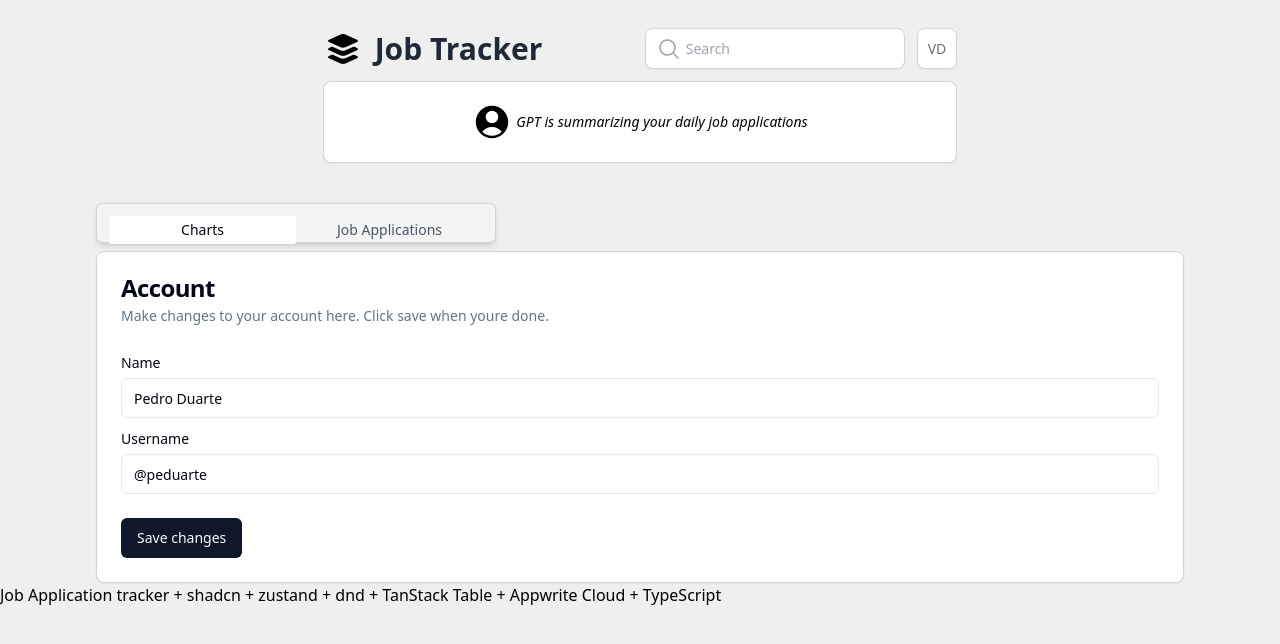
Repository: Vasil1001/job-applications-tracker-nextjs
Page: /
An editor plug-in stored every save of this project. The page is shown before and after the next save, followed by the edit.
The browser window is 1280 px wide. The pictures show the whole page.
The project was rebuilt for these pictures with package versions that can differ from the ones it lists, and the page was loaded fresh each time. The framework's server and built-in components were replaced by stand-ins that run in the browser. Also part of the build but not shown: next.config.js.

Above is the page before, as saved 2023-06-24 19:07:21.

### app/layout.tsx
import "./globals.css";
import { Inter } from "next/font/google";

const inter = Inter({ subsets: ["latin"] });

export const metadata = {
  title: "Job Tracker",
  description: "Generated by create next app",
};

export default function RootLayout({
  children,
}: {
  children: React.ReactNode;
}) {
  return (
    <html lang="en">
      <body  suppressHydrationWarning={true} className="bg-[#efefef]">{children}</body>
    </html>
  );
}

### app/page.tsx
import Header from "@/components/Header";
import Image from "next/image";

export default function Home() {
  return (
    <main className="flex min-h-screen max-w-screen flex-col justify-between mx-auto ">
      {/* Header Component */}
      <Header />

      {/* Board dnd Component */}

    </main>
  );
}

### components/Header.tsx
"use client";
import { Search } from "lucide-react";
import React from "react";
import SearchBar from "./navbar/SearchBar";
import { IoIosApps } from "react-icons/io";
import { RiSendPlaneLine } from "react-icons/ri";
import { BiNotepad } from "react-icons/bi";
import Image from "next/image";
import { MagnifyingGlassIcon, UserCircleIcon } from "@heroicons/react/24/solid";
import { FiUser } from "react-icons/fi";
import { HiMagnifyingGlass } from "react-icons/hi2";
import Navbar from "./navbar/Navbar";
import Avatar from "react-avatar";
import JobChartsTab from "./ui/JobChartsTab";

export default function Header() {
  return (
    <header className="">
      <Navbar />

      <JobChartsTab />
      <h1>
        Job Application tracker + shadcn + zustand + dnd + TanStack Table +
        Appwrite Cloud + TypeScript
      </h1>
    </header>
  );
}

### components/navbar/Navbar.tsx
import React from "react";
import SearchBar from "./SearchBar";
import { IoIosApps } from "react-icons/io";
import { HiMagnifyingGlass } from "react-icons/hi2";
import { UserCircleIcon } from "@heroicons/react/24/solid";

export default function Navbar() {
  return (
    <div className="bg-[#efefef] p-7 xl:px-24 transition-all ">
      <div className="xl:w-7/12 mx-auto">
        <div className="flex flex-col md:flex-row items-center transition-all ">
          {/* <Navbar /> */}
          {/* <Image
          src="https://links.papareact.com/c2cdd5"
          alt="Logo"
          width={300}
          height={100}
          className="w-44 md:w-56 pb-10 md:pb-0 object-contain"
        /> */}
          {/* Logo */}
          <div className="flex items-center font-bold text-3xl mb-3 md:mb-0">
            <IoIosApps size={40} className="mr-3" />
            <span className="text-gray-800">Job Tracker</span>
          </div>

          {/* Search input, button and profile */}
          <div className="flex items-center gap-3 flex-1 justify-end w-full">
            <form className=" flex items-center justify-center  flex-1 md:flex-initial transition-all">
              <div className="relative  flex-1 md:flex-initial">
                <span className="absolute inset-y-0 left-0 flex items-center pl-3">
                  <HiMagnifyingGlass className="w-6 h-6 text-gray-400" />
                </span>
                <div className="flex gap-3 h-full">
                  <input
                    type="text"
                    className="w-full flex-1 h-full py-2.5 pl-10 pr-4 border shadow-sm focus-visible:outline-none focus-visible:ring-1 focus:ring-gray-400 text-black bg-white border-gray-300 text-sm rounded-lg hover:border-gray-300 placeholder:text-gray-400 focus:placeholder:text-gray-500"
                    placeholder="Search"
                  />
                  <div className="border flex px-2.5 items-center justify-center shadow-sm focus-visible:outline-none focus-visible:ring-1 focus:ring-gray-400 bg-white text-gray-500 border-gray-300 text-sm rounded-lg hover:border-gray-300">
                    VD
                  </div>
                </div>
              </div>
              <button hidden> Search</button>
            </form>
          </div>
        </div>

        <div className="flex w-full flex-1  md:justify-end mt-3">
          <p className="flex flex-1 items-center justify-center text-sm font-light pr-5 shadow-sm rounded-lg p-5 w-fit bg-white italic border border-gray-300 hover:border-gray-300">
            <UserCircleIcon className=" inline-block h-10 w-10 mr-1" />
            GPT is summarizing your daily job applications
          </p>
        </div>
      </div>
    </div>
  );
}

### components/ui/JobChartsTab.tsx
import { Button } from "@/components/ui/button";
import {
  Card,
  CardContent,
  CardDescription,
  CardFooter,
  CardHeader,
  CardTitle,
} from "@/components/ui/card";
import { Input } from "@/components/ui/input";
import { Label } from "@/components/ui/label";
import { Tabs, TabsContent, TabsList, TabsTrigger } from "@/components/ui/tabs";
export default function JobChartsTab() {
  return (
    <div className="px-7 pt-3 xl:px-24 transition-all bg-[#efefef]">
      <Tabs defaultValue="account" className="">
        <TabsList className="grid grid-cols-2 w-[400px] border border-gray-300">
          <TabsTrigger className="" value="account">Charts</TabsTrigger>
          <TabsTrigger className="" value="password">Job Applications</TabsTrigger>
        </TabsList>
        <TabsContent value="account">
          <Card>
            <CardHeader>
              <CardTitle>Account</CardTitle>
              <CardDescription>
                Make changes to your account here. Click save when youre done.
              </CardDescription>
            </CardHeader>
            <CardContent className="space-y-2">
              <div className="space-y-1">
                <Label htmlFor="name">Name</Label>
                <Input id="name" defaultValue="Pedro Duarte" />
              </div>
              <div className="space-y-1">
                <Label htmlFor="username">Username</Label>
                <Input id="username" defaultValue="@peduarte" />
              </div>
            </CardContent>
            <CardFooter>
              <Button>Save changes</Button>
            </CardFooter>
          </Card>
        </TabsContent>
        <TabsContent value="password">
          <Card>
            <CardHeader>
              <CardTitle>Password</CardTitle>
              <CardDescription>
                Change your password here. After saving, yoll be logged out.
              </CardDescription>
            </CardHeader>
            <CardContent className="space-y-2">
              <div className="space-y-1">
                <Label htmlFor="current">Current password</Label>
                <Input id="current" type="password" />
              </div>
              <div className="space-y-1">
                <Label htmlFor="new">New password</Label>
                <Input id="new" type="password" />
              </div>
            </CardContent>
            <CardFooter>
              <Button>Save password</Button>
            </CardFooter>
          </Card>
        </TabsContent>
      </Tabs>
    </div>
  );
}

### components/ui/button.tsx
import * as React from "react"
import { Slot } from "@radix-ui/react-slot"
import { cva, type VariantProps } from "class-variance-authority"

import { cn } from "@/lib/utils"

const buttonVariants = cva(
  "inline-flex items-center justify-center rounded-md text-sm font-medium ring-offset-white transition-colors focus-visible:outline-none focus-visible:ring-2 focus-visible:ring-slate-400 focus-visible:ring-offset-2 disabled:pointer-events-none disabled:opacity-50 dark:ring-offset-slate-950 dark:focus-visible:ring-slate-800",
  {
    variants: {
      variant: {
        default: "bg-slate-900 text-slate-50 hover:bg-slate-900/90 dark:bg-slate-50 dark:text-slate-900 dark:hover:bg-slate-50/90",
        destructive:
          "bg-red-500 text-slate-50 hover:bg-red-500/90 dark:bg-red-900 dark:text-red-50 dark:hover:bg-red-900/90",
        outline:
          "border border-slate-200 bg-white hover:bg-slate-100 hover:text-slate-900 dark:border-slate-800 dark:bg-slate-950 dark:hover:bg-slate-800 dark:hover:text-slate-50",
        secondary:
          "bg-slate-100 text-slate-900 hover:bg-slate-100/80 dark:bg-slate-800 dark:text-slate-50 dark:hover:bg-slate-800/80",
        ghost: "hover:bg-slate-100 hover:text-slate-900 dark:hover:bg-slate-800 dark:hover:text-slate-50",
        link: "text-slate-900 underline-offset-4 hover:underline dark:text-slate-50",
      },
      size: {
        default: "h-10 px-4 py-2",
        sm: "h-9 rounded-md px-3",
        lg: "h-11 rounded-md px-8",
        icon: "h-10 w-10",
      },
    },
    defaultVariants: {
      variant: "default",
      size: "default",
    },
  }
)

export interface ButtonProps
  extends React.ButtonHTMLAttributes<HTMLButtonElement>,
    VariantProps<typeof buttonVariants> {
  asChild?: boolean
}

const Button = React.forwardRef<HTMLButtonElement, ButtonProps>(
  ({ className, variant, size, asChild = false, ...props }, ref) => {
    const Comp = asChild ? Slot : "button"
    return (
      <Comp
        className={cn(buttonVariants({ variant, size, className }))}
        ref={ref}
        {...props}
      />
    )
  }
)
Button.displayName = "Button"

export { Button, buttonVariants }

### components/ui/card.tsx
import * as React from "react"

import { cn } from "@/lib/utils"

const Card = React.forwardRef<
  HTMLDivElement,
  React.HTMLAttributes<HTMLDivElement>
>(({ className, ...props }, ref) => (
  <div
    ref={ref}
    className={cn(
      "rounded-lg border border-gray-300 bg-white text-slate-950 shadow-sm dark:border-slate-800 dark:bg-slate-950 dark:text-slate-50",
      className
    )}
    {...props}
  />
))
Card.displayName = "Card"

const CardHeader = React.forwardRef<
  HTMLDivElement,
  React.HTMLAttributes<HTMLDivElement>
>(({ className, ...props }, ref) => (
  <div
    ref={ref}
    className={cn("flex flex-col space-y-1.5 p-6", className)}
    {...props}
  />
))
CardHeader.displayName = "CardHeader"

const CardTitle = React.forwardRef<
  HTMLParagraphElement,
  React.HTMLAttributes<HTMLHeadingElement>
>(({ className, ...props }, ref) => (
  <h3
    ref={ref}
    className={cn(
      "text-2xl font-semibold leading-none tracking-tight",
      className
    )}
    {...props}
  />
))
CardTitle.displayName = "CardTitle"

const CardDescription = React.forwardRef<
  HTMLParagraphElement,
  React.HTMLAttributes<HTMLParagraphElement>
>(({ className, ...props }, ref) => (
  <p
    ref={ref}
    className={cn("text-sm text-slate-500 dark:text-slate-400", className)}
    {...props}
  />
))
CardDescription.displayName = "CardDescription"

const CardContent = React.forwardRef<
  HTMLDivElement,
  React.HTMLAttributes<HTMLDivElement>
>(({ className, ...props }, ref) => (
  <div ref={ref} className={cn("p-6 pt-0", className)} {...props} />
))
CardContent.displayName = "CardContent"

const CardFooter = React.forwardRef<
  HTMLDivElement,
  React.HTMLAttributes<HTMLDivElement>
>(({ className, ...props }, ref) => (
  <div
    ref={ref}
    className={cn("flex items-center p-6 pt-0", className)}
    {...props}
  />
))
CardFooter.displayName = "CardFooter"

export { Card, CardHeader, CardFooter, CardTitle, CardDescription, CardContent }

### components/ui/input.tsx
import * as React from "react"

import { cn } from "@/lib/utils"

export interface InputProps
  extends React.InputHTMLAttributes<HTMLInputElement> {}

const Input = React.forwardRef<HTMLInputElement, InputProps>(
  ({ className, type, ...props }, ref) => {
    return (
      <input
        type={type}
        className={cn(
          "flex h-10 w-full rounded-md border border-slate-200 border-slate-200 bg-white px-3 py-2 text-sm ring-offset-white file:border-0 file:bg-transparent file:text-sm file:font-medium placeholder:text-slate-500 focus-visible:outline-none focus-visible:ring-2 focus-visible:ring-slate-400 focus-visible:ring-offset-2 disabled:cursor-not-allowed disabled:opacity-50 dark:border-slate-800 dark:border-slate-800 dark:bg-slate-950 dark:ring-offset-slate-950 dark:placeholder:text-slate-400 dark:focus-visible:ring-slate-800",
          className
        )}
        ref={ref}
        {...props}
      />
    )
  }
)
Input.displayName = "Input"

export { Input }

### components/ui/label.tsx
import * as React from "react"
import * as LabelPrimitive from "@radix-ui/react-label"
import { cva, type VariantProps } from "class-variance-authority"

import { cn } from "@/lib/utils"

const labelVariants = cva(
  "text-sm font-medium leading-none peer-disabled:cursor-not-allowed peer-disabled:opacity-70"
)

const Label = React.forwardRef<
  React.ElementRef<typeof LabelPrimitive.Root>,
  React.ComponentPropsWithoutRef<typeof LabelPrimitive.Root> &
    VariantProps<typeof labelVariants>
>(({ className, ...props }, ref) => (
  <LabelPrimitive.Root
    ref={ref}
    className={cn(labelVariants(), className)}
    {...props}
  />
))
Label.displayName = LabelPrimitive.Root.displayName

export { Label }

### components/ui/tabs.tsx
import * as React from "react"
import * as TabsPrimitive from "@radix-ui/react-tabs"

import { cn } from "@/lib/utils"

const Tabs = TabsPrimitive.Root

const TabsList = React.forwardRef<
  React.ElementRef<typeof TabsPrimitive.List>,
  React.ComponentPropsWithoutRef<typeof TabsPrimitive.List>
>(({ className, ...props }, ref) => (
  <TabsPrimitive.List
    ref={ref}
    className={cn(
      "inline-flex h-10 items-center justify-center rounded-md shadow-md bg-zinc-100 p-3 text-gray-600 dark:bg-slate-800 dark:text-slate-400",
      className
    )}
    {...props}
  />
))
TabsList.displayName = TabsPrimitive.List.displayName

const TabsTrigger = React.forwardRef<
  React.ElementRef<typeof TabsPrimitive.Trigger>,
  React.ComponentPropsWithoutRef<typeof TabsPrimitive.Trigger>
>(({ className, ...props }, ref) => (
  <TabsPrimitive.Trigger
    ref={ref}
    className={cn(
      "inline-flex items-center justify-center whitespace-nowrap rounded-sm px-3 py-1 text-sm font-medium ring-offset-white transition-all focus-visible:outline-none focus-visible:ring-2 focus-visible:ring-slate-400 focus-visible:ring-offset-2 disabled:pointer-events-none disabled:opacity-50 data-[state=active]:bg-white data-[state=active]:text-slate-950 data-[state=active]:shadow-sm dark:ring-offset-slate-950 dark:focus-visible:ring-slate-800 dark:data-[state=active]:bg-slate-950 dark:data-[state=active]:text-slate-50",
      className
    )}
    {...props}
  />
))
TabsTrigger.displayName = TabsPrimitive.Trigger.displayName

const TabsContent = React.forwardRef<
  React.ElementRef<typeof TabsPrimitive.Content>,
  React.ComponentPropsWithoutRef<typeof TabsPrimitive.Content>
>(({ className, ...props }, ref) => (
  <TabsPrimitive.Content
    ref={ref}
    className={cn(
      "mt-2 ring-offset-white focus-visible:outline-none focus-visible:ring-2 focus-visible:ring-slate-400 focus-visible:ring-offset-2 dark:ring-offset-slate-950 dark:focus-visible:ring-slate-800",
      className
    )}
    {...props}
  />
))
TabsContent.displayName = TabsPrimitive.Content.displayName

export { Tabs, TabsList, TabsTrigger, TabsContent }

Loaded but not shown: app/globals.css (common file); lib/utils.ts (common file); tailwind.config.js (common file)

After the next save:
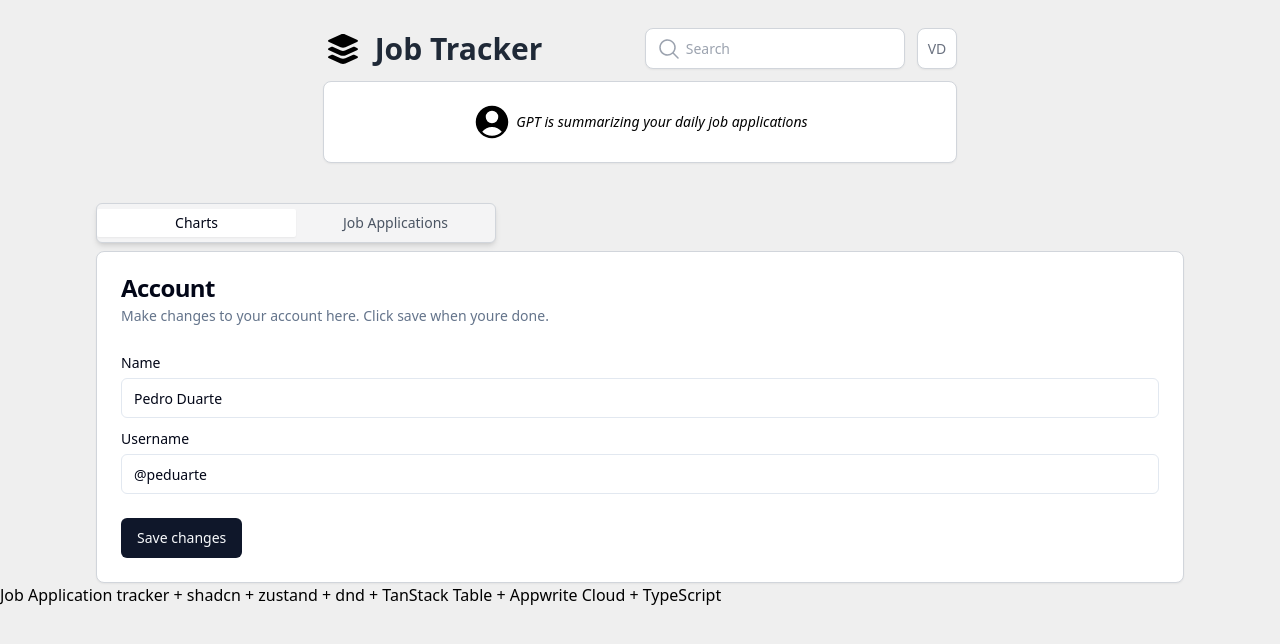
Saved 4 s later.
--- a/components/ui/tabs.tsx
+++ b/components/ui/tabs.tsx
@@ -12,7 +12,7 @@ const TabsList = React.forwardRef<
   <TabsPrimitive.List
     ref={ref}
     className={cn(
-      "inline-flex h-10 items-center justify-center rounded-md shadow-md bg-zinc-100 p-3 text-gray-600 dark:bg-slate-800 dark:text-slate-400",
+      "inline-flex h-10 items-center justify-center rounded-md shadow-md bg-zinc-100 p-0 text-gray-600 dark:bg-slate-800 dark:text-slate-400",
       className
     )}
     {...props}
